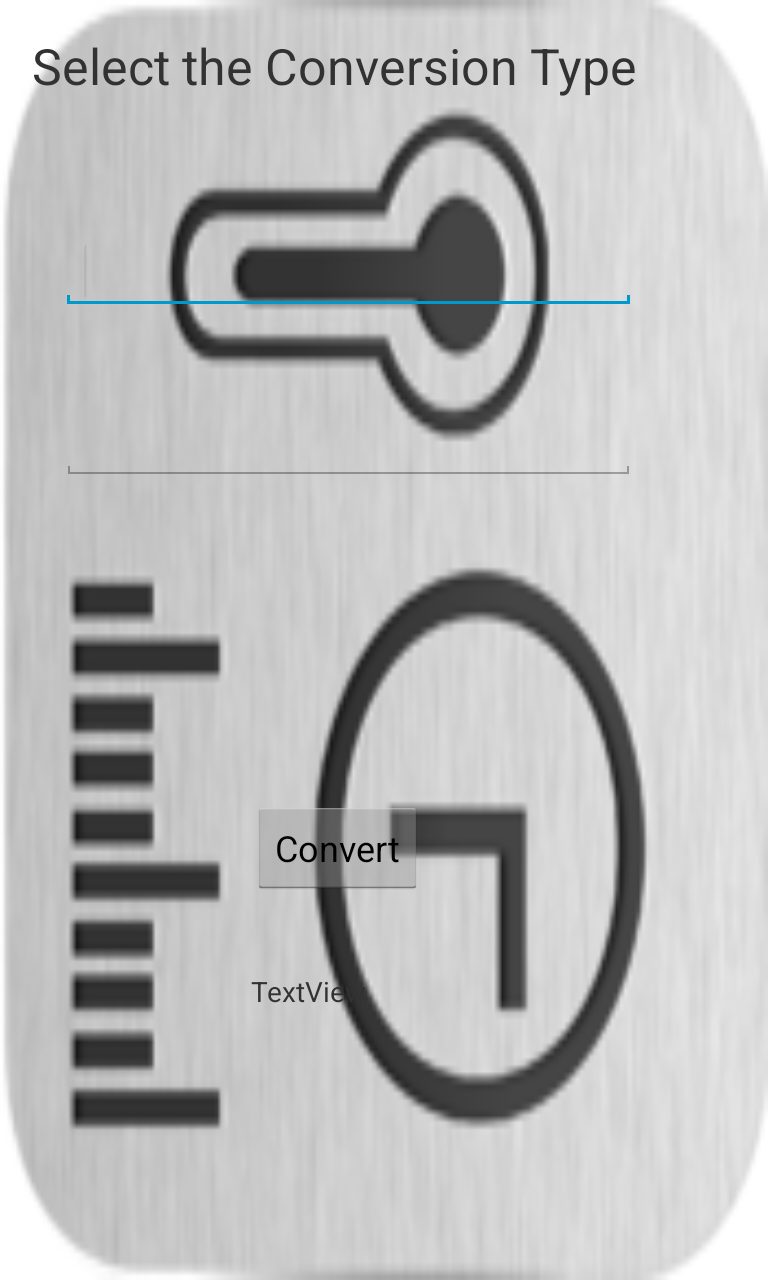
Repository: Shruthi06/designed-droid
Layout: conversion_assignment/res/layout/activity_main.xml
An editor plug-in stored every save of this project. The layout is shown before and after the next save, followed by the edit.
It is drawn on a 768 x 1280 px phone screen (xhdpi) without system bars, with theme AppTheme; the app's code is not run. Lists and similar views that code fills are empty.

Above is the layout before, as saved 2016-02-04 19:42:33.

After the next save:
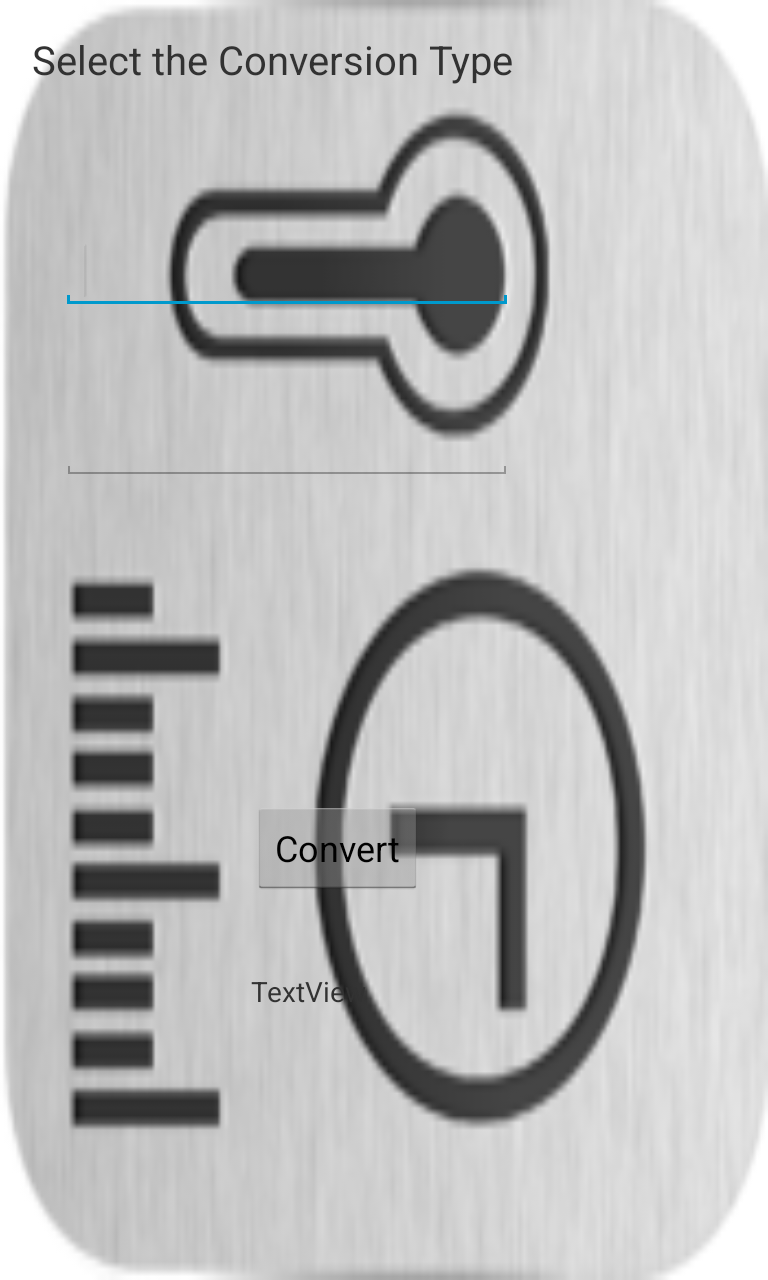
Saved 9 s later.
--- a/conversion_assignment/res/layout/activity_main.xml
+++ b/conversion_assignment/res/layout/activity_main.xml
@@ -39,7 +39,7 @@
         android:layout_height="50dp"
         android:layout_alignParentLeft="true"
         android:layout_alignParentTop="true"
-        android:textSize="25dp"
+        android:textSize="20dp"
         android:text="Select the Conversion Type" />
 
     <ListView
